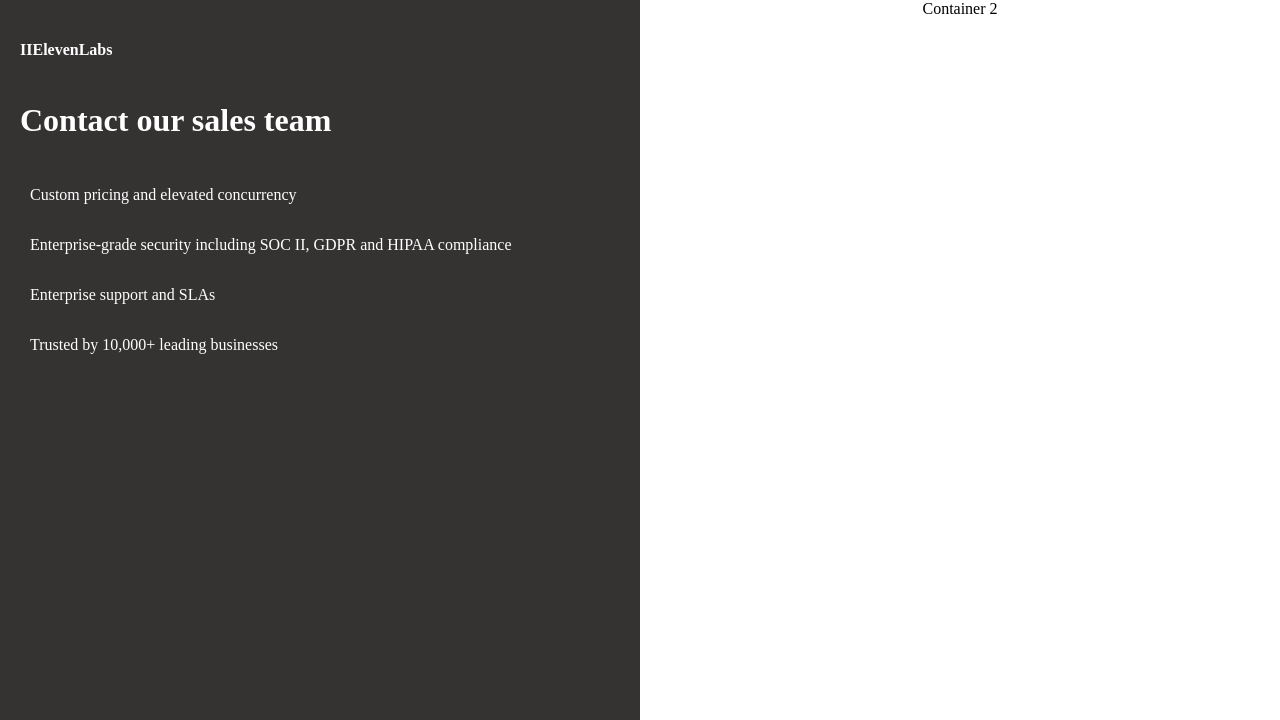
Repository: RohanSai22/harkirat-cohort-learnings
Page: Web/w1_a2.html
The author's editor kept a copy of each file at every save. The page is drawn from the files as they stood at one save, then again after the next save.
The browser window is 1280 px wide. The pictures show the whole page.

Above is the page before, as saved 2026-03-24 12:10:51.

After the next save:
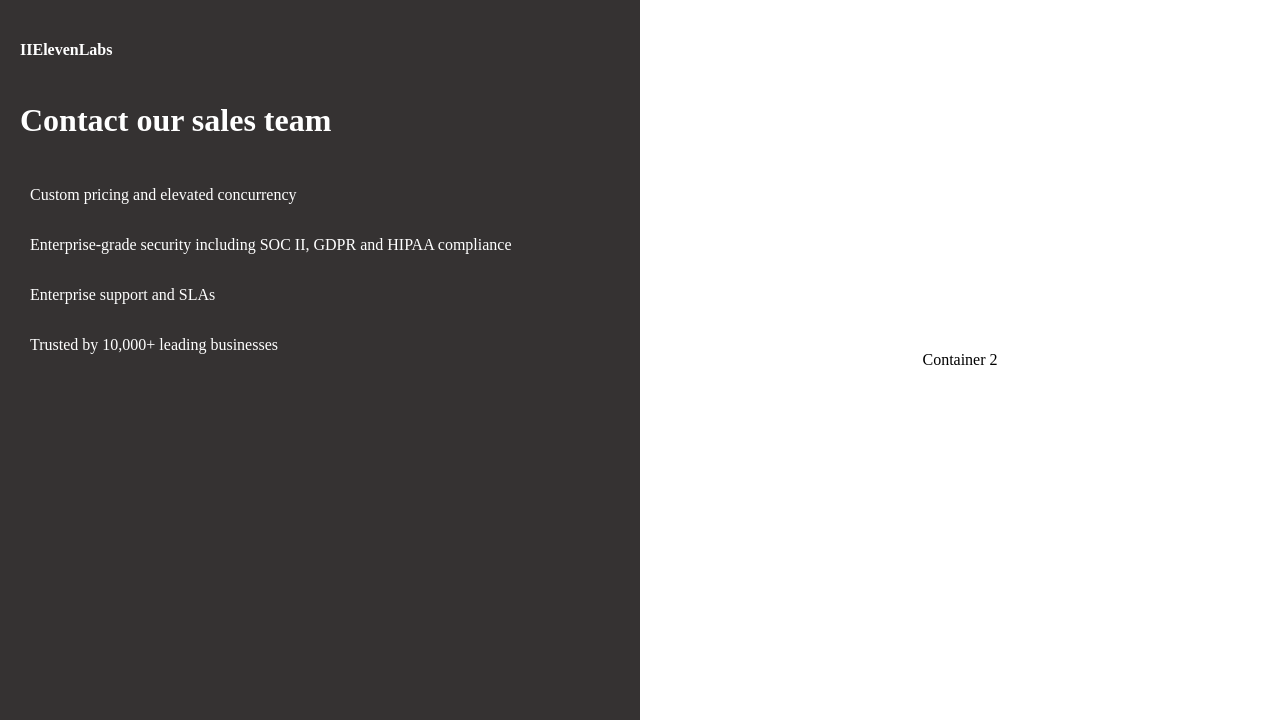
Saved 40 s later.
--- a/Web/w1_a2.html
+++ b/Web/w1_a2.html
@@ -17,7 +17,7 @@
                 </div>
             </div>
             <div style="flex:1;background-color: white;">
-                 <div style="display: flex; justify-content: center; align-items: center;">
+                 <div style="min-height:100vh; display: flex; justify-content: center; align-items: center;">
                     <div>
                         Container 2
                     </div>
